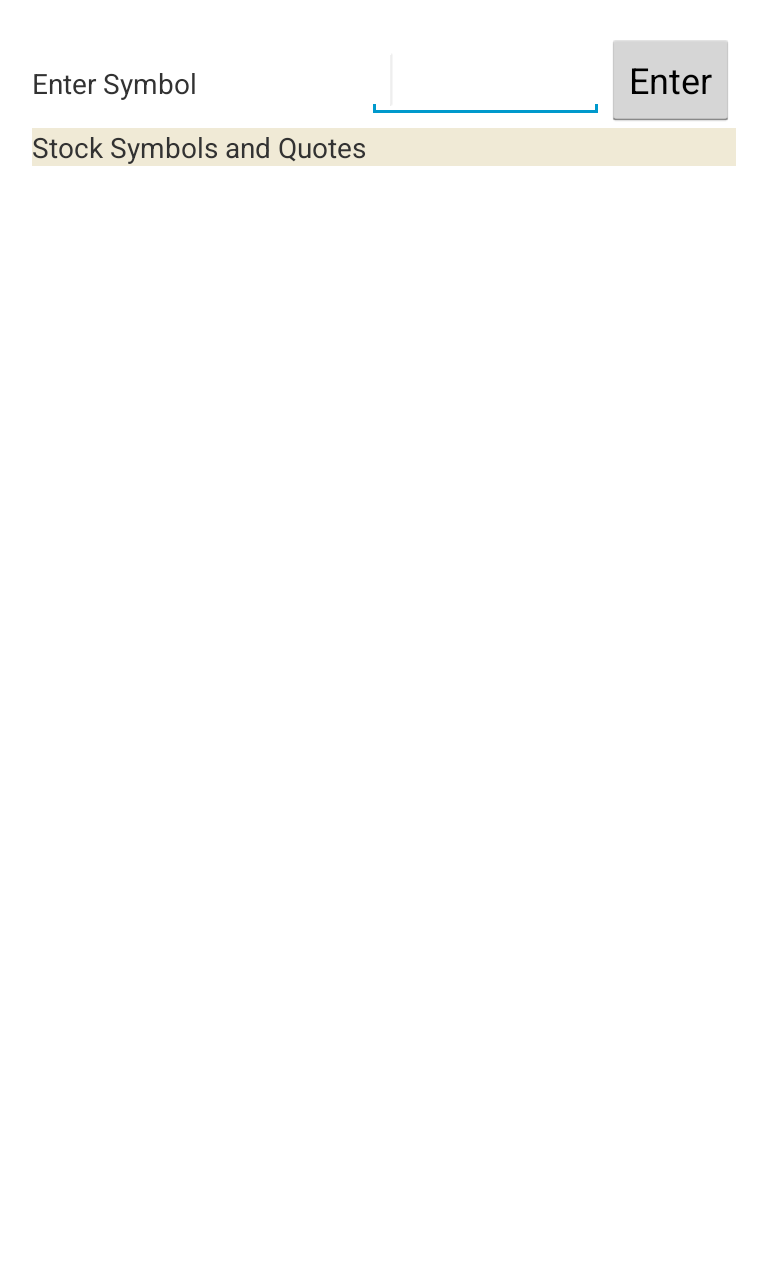
Repository: almeiduh/AndroidApps
Layout: StockQuote/res/layout/activity_main.xml
An editor plug-in stored every save of this project. The layout is shown before and after the next save, followed by the edit.
It is drawn on a 768 x 1280 px phone screen (xhdpi) without system bars, with theme AppTheme; the app's code is not run.

Above is the layout before, as saved 2014-02-04 23:43:50.

### StockQuote/res/layout/activity_main.xml
<TableLayout xmlns:android="http://schemas.android.com/apk/res/android"
    xmlns:tools="http://schemas.android.com/tools"
    android:id="@+id/TableLayout1"
    android:layout_width="match_parent"
    android:layout_height="match_parent"
    android:paddingBottom="@dimen/activity_vertical_margin"
    android:paddingLeft="@dimen/activity_horizontal_margin"
    android:paddingRight="@dimen/activity_horizontal_margin"
    android:paddingTop="@dimen/activity_vertical_margin"
    tools:context=".MainActivity" >

    <TableRow
        android:id="@+id/tableRow1"
        android:layout_width="match_parent"
        android:layout_height="wrap_content" >

        <TextView
            android:id="@+id/enterSymbolTextView"
            android:layout_width="wrap_content"
            android:layout_height="wrap_content"
            android:text="@string/stock_symbol" />

        <EditText
            android:id="@+id/stockSymbolEditText"
            android:layout_width="wrap_content"
            android:layout_height="wrap_content"
            android:ems="10"
            android:layout_weight="1"
            android:inputType="text"
            >

            <requestFocus />
        </EditText>

        <Button
            android:id="@+id/enterStockSymbolButton"
            android:layout_width="wrap_content"
            android:layout_height="wrap_content"
            android:text="@string/enter_stock_symbol" />

    </TableRow>

    <TableRow
        android:id="@+id/tableRow2"
        android:layout_width="match_parent"
        android:layout_height="wrap_content"
        android:background="@color/eggshell" >

        <TextView
            android:id="@+id/stockSymbolTextView"
            android:layout_width="wrap_content"
            android:layout_height="wrap_content"
            android:text="@string/stock_symbol_list" />

    </TableRow>

</TableLayout>

### StockQuote/res/values/dimens.xml
<resources>

    <!-- Default screen margins, per the Android Design guidelines. -->
    <dimen name="activity_horizontal_margin">16dp</dimen>
    <dimen name="activity_vertical_margin">16dp</dimen>
    <dimen name="stock_list_text_size">16sp</dimen>

</resources>

### StockQuote/res/values/strings.xml
<?xml version="1.0" encoding="utf-8"?>
<resources>

    <string name="app_name">Get Stock Quotes</string>
    <string name="action_settings">Settings</string>
	<string name="stock_symbol">Enter Symbol</string>
	<string name="enter_stock_symbol">Enter</string>
	<string name="stock_symbol_list">Stock Symbols and Quotes</string>
	<string name="change_stock_symbol">Change</string>
	<string name="ok">OK</string>
	<string name="cancel">Cancel</string>
	<string name="missing_stock_symbol">Enter a Stock Symbol</string>
	<string name="invalid_stock_symbol">Invalid Stock Symbol</string>
	<string name="delete_all_symbols">Delete All Symbols</string>
	<string name="confirm_action">Are you sure?</string>
	<string name="get_stock_quote">Quote</string>
	<string name="go_to_website">Web</string>
	<string name="yahoo_stock_url">http://finance.yahoo.com/q?s=</string>
	<string name="stock_company_name">Company Name</string>
	<string name="stock_year_low">Year Low:</string>
	<string name="stock_year_high">Year High:</string>
	<string name="stock_days_low">Days Low:</string>
	<string name="stock_days_high">Days High:</string>
	<string name="title_activity_stock_info">StockInfoActivity</string>
	<string name="last_trade_price_only">Last Price:</string>
	<string name="change">Change:</string>
	<string name="days_range">Daily Price Range:</string>
</resources>

### StockQuote/res/values/colors.xml
<?xml version="1.0" encoding="utf-8"?>
<resources>
    <color name="aero_blue">#C9FFE5</color>
    <color name="eggshell">#F0EAD6</color>
    <color name="black">#000000</color>
</resources>

Loaded but not shown: StockQuote/res/values/styles.xml (common file); StockQuote/res/values-v11/styles.xml (common file); StockQuote/res/values-v14/styles.xml (common file)

After the next save:
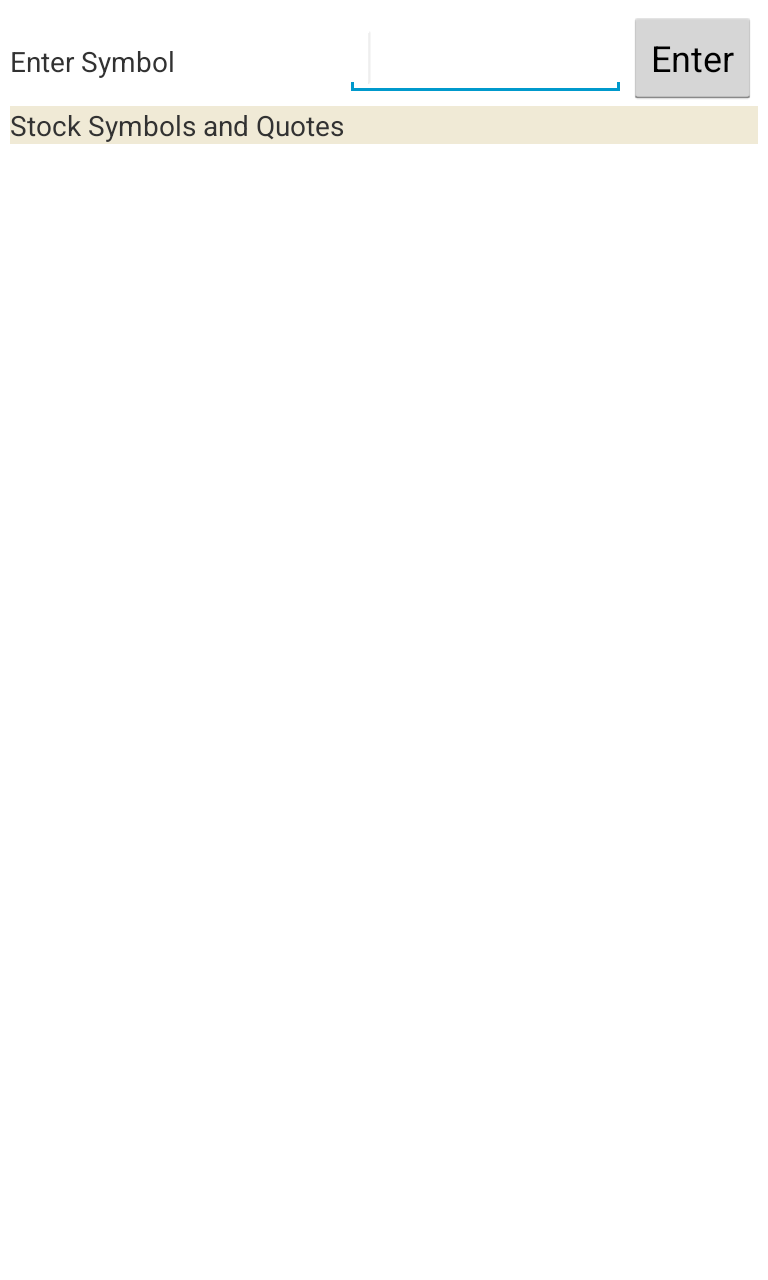
Saved 9 s later.
--- a/StockQuote/res/values/dimens.xml
+++ b/StockQuote/res/values/dimens.xml
@@ -1,8 +1,8 @@
 <resources>
 
     <!-- Default screen margins, per the Android Design guidelines. -->
-    <dimen name="activity_horizontal_margin">16dp</dimen>
-    <dimen name="activity_vertical_margin">16dp</dimen>
+    <dimen name="activity_horizontal_margin">5dp</dimen>
+    <dimen name="activity_vertical_margin">5dp</dimen>
     <dimen name="stock_list_text_size">16sp</dimen>
 
 </resources>
